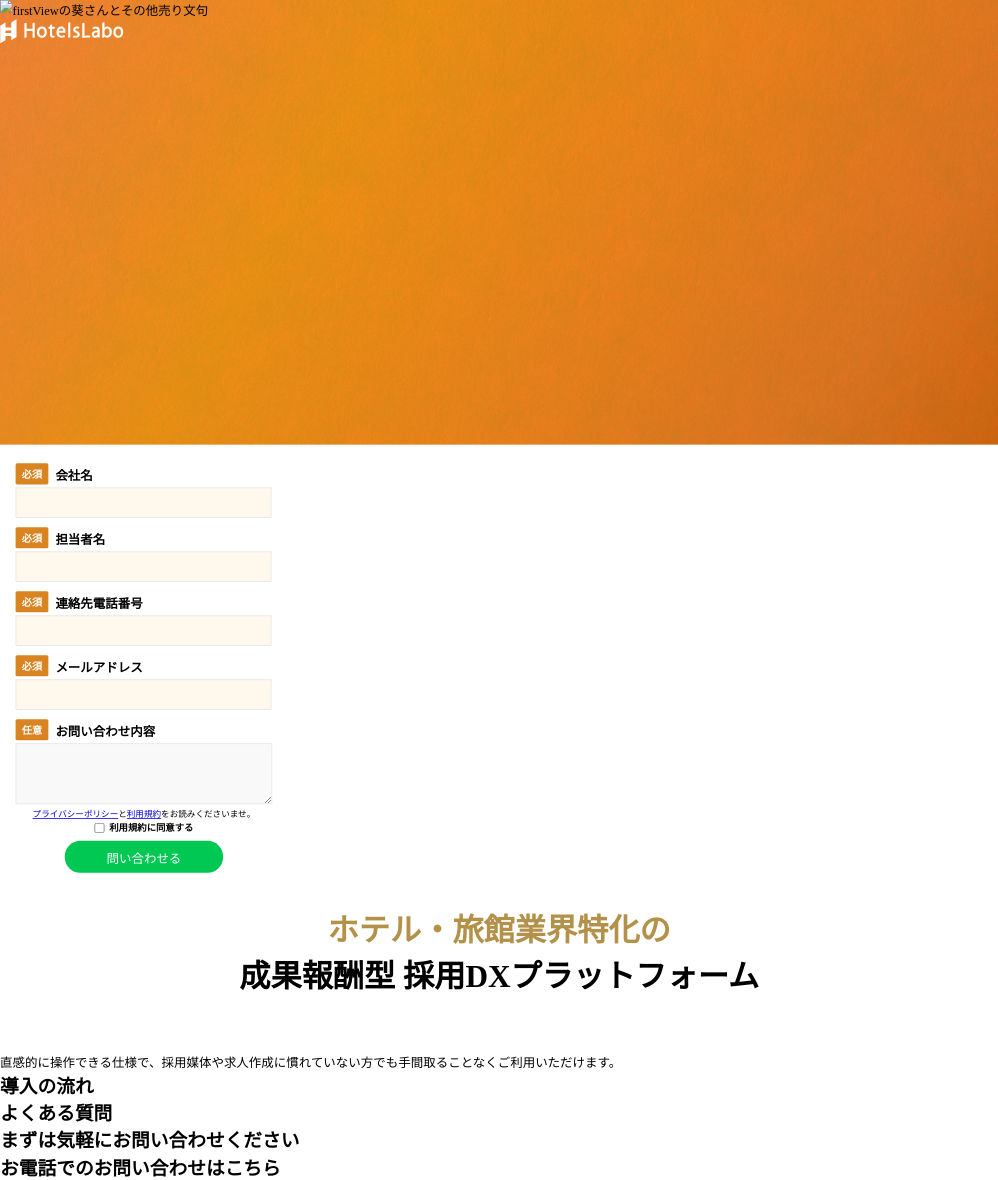
Repository: FujieRyou/to_b_lp
Page: index.html
The author's editor kept a copy of each file at every save. The page is drawn from the files as they stood at one save, then again after the next save.
The browser window is 1280 px wide. The pictures show the whole page, at 78% of full size.

Above is the page before, as saved 2024-02-27 01:14:57.
Not found: index.js

### index.html
<!DOCTYPE html>
<html lang="ja">
    <head>
        <meta charset="utf-8">
        <meta http-equiv="X-UA-Compatible" content="ie=edge">
        <meta name="viewport" content="width=device-width,initial-scale=1.0,minimum-scale=1.0">
        <meta name="format-detection" content="telephone=no">
        <meta name="keywords" content="">
        <meta name="description" content="ここに説明文を設定">
        <meta name="twitter:card" content="summary">
        <meta name="twitter:site" content="@twitteraccount">
        <meta property="og:site_name" content="サイト名">
        <meta property="og:title" content="サイトタイトル">
        <meta property="og:description" content="サイト説明文">
        <meta property="og:url" content="https://www.hogehoge.com">
        <meta property="og:image" content="https://www.hogehoge.com./hoge.jpg">
        <meta property="og:image:type" content="image/jpeg">
        <meta property="og:image:width" content="600">
        <meta property="og:image:height" content="400">
        <meta property="og:type" content="website">
        <title>ホテルズラボ｜ホテルの求人・旅館の転職情報</title>
        <link rel="stylesheet" href="ress.css">
        <link rel="stylesheet" href="style.css">
    </head>
    <body>
        <main>
            <section>
                <div class="firstViewWrap">
                    <div class="firstViewEffect">
                        <div class="contentWrap">
                            <div>
                                <img src="" alt="firstViewの葵さんとその他売り文句">
                                <header>
                                    <h1>
                                        <img src="img/ロゴ.svg" alt="ホテルズラボのロゴ" class="logo">
                                    </h1>
                                </header>
                            </div>
                        </div>
                    </div>
                </div>
            </section>
            <!-- form -->
            <section>
                <div>
                    <form action="" class="formWrap">
                        <div class="formFlexStyle">
                            <label for="companyName"><span>必須</span>会社名</label>
                            <input type="text">
                        </div>
                        <div class="formFlexStyle">
                            <label for="companyName"><span>必須</span>担当者名</label>
                            <input type="text">
                        </div>
                        <div class="formFlexStyle">
                            <label for="companyName"><span>必須</span>連絡先電話番号</label>
                            <input type="text">
                        </div>
                        <div class="formFlexStyle">
                            <label for="companyName"><span>必須</span>メールアドレス</label>
                            <input type="text">
                        </div>
                        <div class="formFlexStyle">
                            <label for="companyName"><span>任意</span>お問い合わせ内容</label>
                            <textarea name="" id="" cols="30" rows="10"></textarea>
                        </div>
                        <p><a href="#">プライバシーポリシー</a>と<a href="#">利用規約</a>をお読みくださいませ。</p>
                        <div class="consent">
                            <input type="checkbox">
                            <label for="">利用規約に同意する</label>
                        </div>
                        <button type="submit">問い合わせる</button>
                    </form>
                </div>
            </section>
            <!-- 動く会社のロゴ -->
            <section>
                <div>
                    <ul>
                        <li></li>
                    </ul>
                </div>
            </section>
            <section>
                <div class="specializedIntroductionWrap">
                    <h2><span>ホテル・旅館業界特化の</span><br>成果報酬型 採用DXプラットフォーム</h2>
                    <div>
                        <div>
                            <img src="" alt="">
                            <img src="" alt="">
                            <img src="" alt="">
                        </div>
                    </div>
                </div>
            </section>
            <section>
                <div>
                    <p></p>
                    <h2><img src="" alt=""></h2>
                    <article></article>
                    <article></article>
                    <article></article>
                    <article></article>
                </div>
            </section>
            <section>
                <div>
                    <h2><img src="" alt=""></h2>
                    <p>直感的に操作できる仕様で、採用媒体や求人作成に慣れていない方でも手間取ることなくご利用いただけます。</p>
                </div>
            </section>
            <section>
                <div>
                    <h2>導入の流れ</h2>
                </div>
            </section>
            <section>
                <div>
                    <h2>よくある質問</h2>
                </div>
            </section>
            <section>
                <div>
                    <h2>まずは気軽にお問い合わせください</h2>
                </div>
            </section>
        </main>
        <footer>
            <h2>お電話でのお問い合わせはこちら</h2>
        </footer>
        <script src="index.js"></script>
    </body>
</html>

### ress.css
/*!
 * ress.css • v4.0.0
 * MIT License
 * github.com/filipelinhares/ress
 */

/* # =================================================================
   # Global selectors
   # ================================================================= */

   html {
    box-sizing: border-box;
    -webkit-text-size-adjust: 100%; /* Prevent adjustments of font size after orientation changes in iOS */
    word-break: normal;
    -moz-tab-size: 4;
    tab-size: 4;
  }

  *,
  ::before,
  ::after {
    background-repeat: no-repeat; /* Set `background-repeat: no-repeat` to all elements and pseudo elements */
    box-sizing: inherit;
  }

  ::before,
  ::after {
    text-decoration: inherit; /* Inherit text-decoration and vertical align to ::before and ::after pseudo elements */
    vertical-align: inherit;
  }

  * {
    padding: 0; /* Reset `padding` and `margin` of all elements */
    margin: 0;
  }

  /* # =================================================================
     # General elements
     # ================================================================= */

  hr {
    overflow: visible; /* Show the overflow in Edge and IE */
    height: 0; /* Add the correct box sizing in Firefox */
    color: inherit; /* Correct border color in Firefox. */
  }

  details,
  main {
    display: block; /* Render the `main` element consistently in IE. */
  }

  summary {
    display: list-item; /* Add the correct display in all browsers */
  }

  small {
    font-size: 80%; /* Set font-size to 80% in `small` elements */
  }

  [hidden] {
    display: none; /* Add the correct display in IE */
  }

  abbr[title] {
    border-bottom: none; /* Remove the bottom border in Chrome 57 */
    /* Add the correct text decoration in Chrome, Edge, IE, Opera, and Safari */
    text-decoration: underline;
    text-decoration: underline dotted;
  }

  a {
    background-color: transparent; /* Remove the gray background on active links in IE 10 */
  }

  a:active,
  a:hover {
    outline-width: 0; /* Remove the outline when hovering in all browsers */
  }

  code,
  kbd,
  pre,
  samp {
    font-family: monospace, monospace; /* Specify the font family of code elements */
  }

  pre {
    font-size: 1em; /* Correct the odd `em` font sizing in all browsers */
  }

  b,
  strong {
    font-weight: bolder; /* Add the correct font weight in Chrome, Edge, and Safari */
  }

  /* https://gist.github.com/unruthless/413930 */
  sub,
  sup {
    font-size: 75%;
    line-height: 0;
    position: relative;
    vertical-align: baseline;
  }

  sub {
    bottom: -0.25em;
  }

  sup {
    top: -0.5em;
  }

  table {
    border-color: inherit; /* Correct border color in all Chrome, Edge, and Safari. */
    text-indent: 0; /* Remove text indentation in Chrome, Edge, and Safari */
  }

  /* # =================================================================
     # Forms
     # ================================================================= */

  input {
    border-radius: 0;
  }

  /* Replace pointer cursor in disabled elements */
  [disabled] {
    cursor: default;
  }

  [type='number']::-webkit-inner-spin-button,
  [type='number']::-webkit-outer-spin-button {
    height: auto; /* Correct the cursor style of increment and decrement buttons in Chrome */
  }

  [type='search'] {
    -webkit-appearance: textfield; /* Correct the odd appearance in Chrome and Safari */
    outline-offset: -2px; /* Correct the outline style in Safari */
  }

  [type='search']::-webkit-search-decoration {
    -webkit-appearance: none; /* Remove the inner padding in Chrome and Safari on macOS */
  }

  textarea {
    overflow: auto; /* Internet Explorer 11+ */
    resize: vertical; /* Specify textarea resizability */
  }

  button,
  input,
  optgroup,
  select,
  textarea {
    font: inherit; /* Specify font inheritance of form elements */
  }

  optgroup {
    font-weight: bold; /* Restore the font weight unset by the previous rule */
  }

  button {
    overflow: visible; /* Address `overflow` set to `hidden` in IE 8/9/10/11 */
  }

  button,
  select {
    text-transform: none; /* Firefox 40+, Internet Explorer 11- */
  }

  /* Apply cursor pointer to button elements */
  button,
  [type='button'],
  [type='reset'],
  [type='submit'],
  [role='button'] {
    cursor: pointer;
    color: inherit;
  }

  /* Remove inner padding and border in Firefox 4+ */
  button::-moz-focus-inner,
  [type='button']::-moz-focus-inner,
  [type='reset']::-moz-focus-inner,
  [type='submit']::-moz-focus-inner {
    border-style: none;
    padding: 0;
  }

  /* Replace focus style removed in the border reset above */
  button:-moz-focusring,
  [type='button']::-moz-focus-inner,
  [type='reset']::-moz-focus-inner,
  [type='submit']::-moz-focus-inner {
    outline: 1px dotted ButtonText;
  }

  button,
  html [type='button'], /* Prevent a WebKit bug where (2) destroys native `audio` and `video`controls in Android 4 */
  [type='reset'],
  [type='submit'] {
    -webkit-appearance: button; /* Correct the inability to style clickable types in iOS */
  }

  /* Remove the default button styling in all browsers */
  button,
  input,
  select,
  textarea {
    background-color: transparent;
    border-style: none;
  }

  a:focus,
  button:focus,
  input:focus,
  select:focus,
  textarea:focus {
    outline-width: 0;
  }

  /* Style select like a standard input */
  select {
    -moz-appearance: none; /* Firefox 36+ */
    -webkit-appearance: none; /* Chrome 41+ */
  }

  select::-ms-expand {
    display: none; /* Internet Explorer 11+ */
  }

  select::-ms-value {
    color: currentColor; /* Internet Explorer 11+ */
  }

  legend {
    border: 0; /* Correct `color` not being inherited in IE 8/9/10/11 */
    color: inherit; /* Correct the color inheritance from `fieldset` elements in IE */
    display: table; /* Correct the text wrapping in Edge and IE */
    max-width: 100%; /* Correct the text wrapping in Edge and IE */
    white-space: normal; /* Correct the text wrapping in Edge and IE */
    max-width: 100%; /* Correct the text wrapping in Edge 18- and IE */
  }

  ::-webkit-file-upload-button {
    /* Correct the inability to style clickable types in iOS and Safari */
    -webkit-appearance: button;
    color: inherit;
    font: inherit; /* Change font properties to `inherit` in Chrome and Safari */
  }

  /* # =================================================================
     # Specify media element style
     # ================================================================= */

  img {
    border-style: none; /* Remove border when inside `a` element in IE 8/9/10 */
  }

  /* Add the correct vertical alignment in Chrome, Firefox, and Opera */
  progress {
    vertical-align: baseline;
  }

  /* # =================================================================
     # Accessibility
     # ================================================================= */

  /* Specify the progress cursor of updating elements */
  [aria-busy='true'] {
    cursor: progress;
  }

  /* Specify the pointer cursor of trigger elements */
  [aria-controls] {
    cursor: pointer;
  }

  /* Specify the unstyled cursor of disabled, not-editable, or otherwise inoperable elements */
  [aria-disabled='true'] {
    cursor: default;
  }

### style.css
.firstViewWrap{
    width: 100vw;
    height: 570px;
    background-image: url("./img/bgcMain.png");
}

.firstViewEffect{
    width: 100%;
    height: 100%;
    background-image: url("./img/bgcBler.png");
}








/* formstyle */

form{
    width: 369px;
    padding: 24px 20px;
}

.formFlexStyle{
    display: flex;
    flex-direction: column;
}

.formDetail{
    margin: 0 auto;
}

.formFlexStyle > label{
    font-size: 16px;
    font-weight: bold;
    margin-bottom: 4px;
    display: flex;
    align-items: center;
}

.formFlexStyle > label > span{
    background-color: rgba(217, 132, 33, 1);
    color: #fff;
    font-size: 13px;
    border-radius: 2px;
    margin-right: 9px;
    padding: 4px 8px;
}

.formFlexStyle > input{
    width: 328px;
    height: 39px;
    border: solid 1.03px rgba(230, 230, 230, 1);
    background-color: rgba(255, 248, 237, 1);
    margin-bottom: 12px;
}

.formFlexStyle > textarea{
    width: 328.65px;
    height: 78.05px;
    border: solid 1.03px rgba(230, 230, 230, 1);
    background-color: rgba(249, 249, 249, 1);
}

.formWrap > p{
    font-size: 11px;
    text-align: center;
    margin-top: 4px;
}

.consent{
    display: flex;
    align-items: center;
    justify-content: center;
    margin-top: 1px;
}

.consent > label{
    font-size: 12px;
    font-weight: bold;
    margin-left: 6px;
}

.formWrap > button{
    display: block;
    width: 203.35px;
    height: 41.08px;
    background-color: rgba(0, 200, 83, 1);
    color: #fff;
    border-radius: 20px;
    margin: 0 auto;
    margin-top: 8px;
}



.specializedIntroductionWrap > h2{
    text-align: center;
    font-size: 40px;
}

.specializedIntroductionWrap > h2 > span{
    color: rgba(179, 145, 73, 1);
}

After the next save:
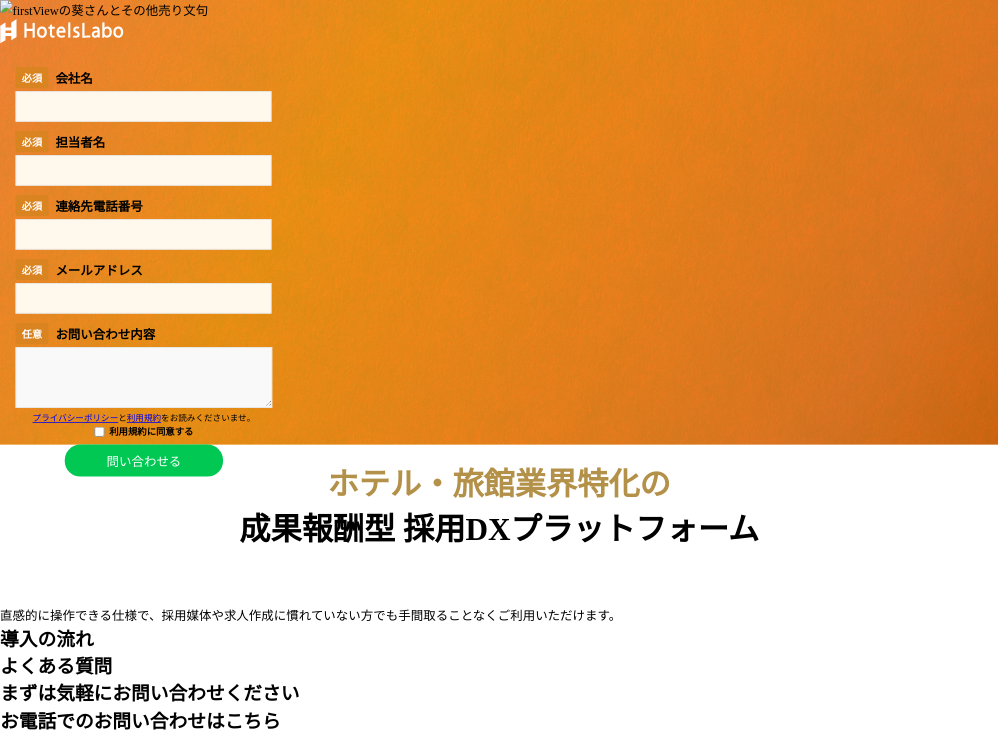
Saved 4 min 55 s later.
--- a/index.html
+++ b/index.html
@@ -24,6 +24,7 @@
     </head>
     <body>
         <main>
+
             <section>
                 <div class="firstViewWrap">
                     <div class="firstViewEffect">
@@ -36,41 +37,39 @@
                                     </h1>
                                 </header>
                             </div>
+                            <!-- form -->
+                            <div>
+                                <form action="" class="formWrap">
+                                    <div class="formFlexStyle">
+                                        <label for="companyName"><span>必須</span>会社名</label>
+                                        <input type="text">
+                                    </div>
+                                    <div class="formFlexStyle">
+                                        <label for="companyName"><span>必須</span>担当者名</label>
+                                        <input type="text">
+                                    </div>
+                                    <div class="formFlexStyle">
+                                        <label for="companyName"><span>必須</span>連絡先電話番号</label>
+                                        <input type="text">
+                                    </div>
+                                    <div class="formFlexStyle">
+                                        <label for="companyName"><span>必須</span>メールアドレス</label>
+                                        <input type="text">
+                                    </div>
+                                    <div class="formFlexStyle">
+                                        <label for="companyName"><span>任意</span>お問い合わせ内容</label>
+                                        <textarea name="" id="" cols="30" rows="10"></textarea>
+                                    </div>
+                                    <p><a href="#">プライバシーポリシー</a>と<a href="#">利用規約</a>をお読みくださいませ。</p>
+                                    <div class="consent">
+                                        <input type="checkbox">
+                                        <label for="">利用規約に同意する</label>
+                                    </div>
+                                    <button type="submit">問い合わせる</button>
+                                </form>
+                            </div>
                         </div>
                     </div>
-                </div>
-            </section>
-            <!-- form -->
-            <section>
-                <div>
-                    <form action="" class="formWrap">
-                        <div class="formFlexStyle">
-                            <label for="companyName"><span>必須</span>会社名</label>
-                            <input type="text">
-                        </div>
-                        <div class="formFlexStyle">
-                            <label for="companyName"><span>必須</span>担当者名</label>
-                            <input type="text">
-                        </div>
-                        <div class="formFlexStyle">
-                            <label for="companyName"><span>必須</span>連絡先電話番号</label>
-                            <input type="text">
-                        </div>
-                        <div class="formFlexStyle">
-                            <label for="companyName"><span>必須</span>メールアドレス</label>
-                            <input type="text">
-                        </div>
-                        <div class="formFlexStyle">
-                            <label for="companyName"><span>任意</span>お問い合わせ内容</label>
-                            <textarea name="" id="" cols="30" rows="10"></textarea>
-                        </div>
-                        <p><a href="#">プライバシーポリシー</a>と<a href="#">利用規約</a>をお読みくださいませ。</p>
-                        <div class="consent">
-                            <input type="checkbox">
-                            <label for="">利用規約に同意する</label>
-                        </div>
-                        <button type="submit">問い合わせる</button>
-                    </form>
                 </div>
             </section>
             <!-- 動く会社のロゴ -->
